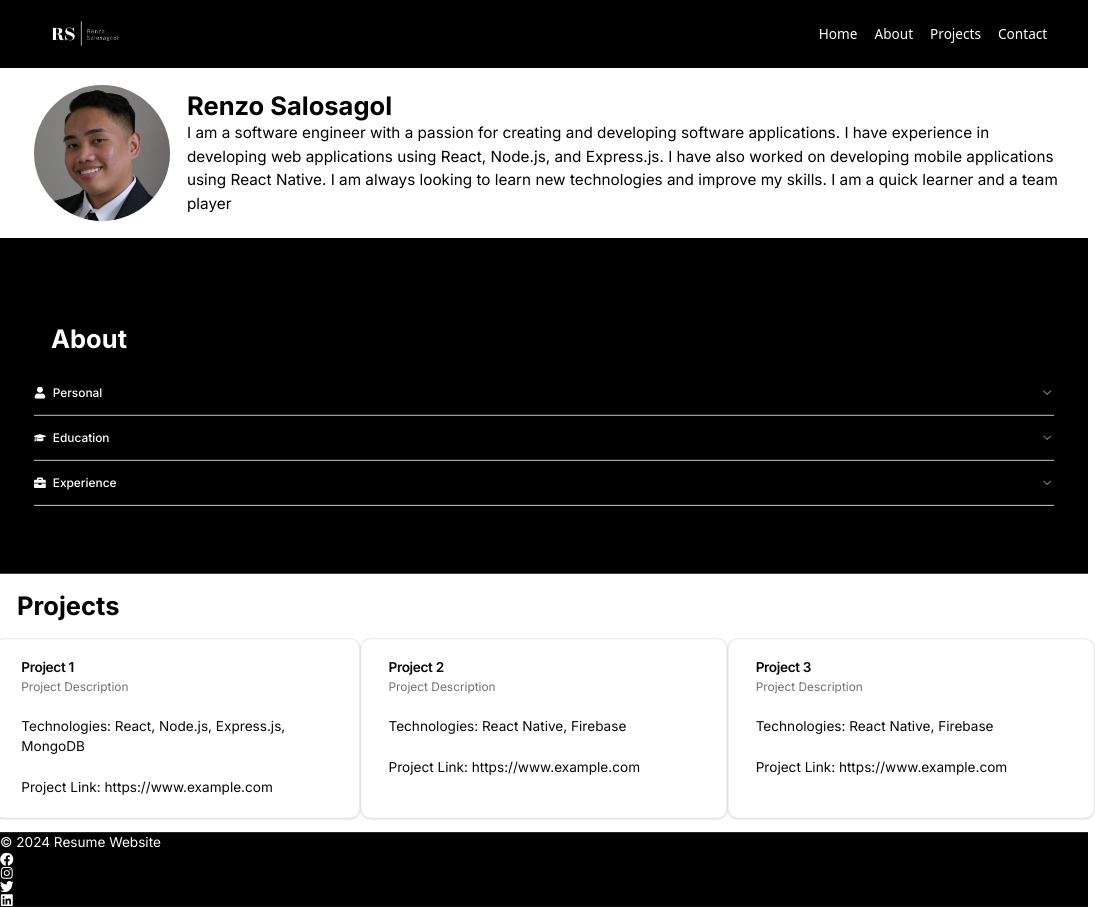
Repository: Renzo-Salosagcol/Portfolio-Website
Page: / (app in resume_website/)
The author's editor kept a copy of each file at every save. The page is drawn from the files as they stood at one save, then again after the next save.
The browser window is 1280 px wide. The page is 1288 px wide, so the pictures cover 1288 px, including what lies to the right of the window. The pictures show the whole page, at 85% of full size.
The project was rebuilt for these pictures with package versions that can differ from the ones it lists, and the page was loaded fresh each time. Also part of the build but not shown: resume_website/vite.config.js.

Above is the page before, as saved 2024-12-11 16:04:59.

After the next save:
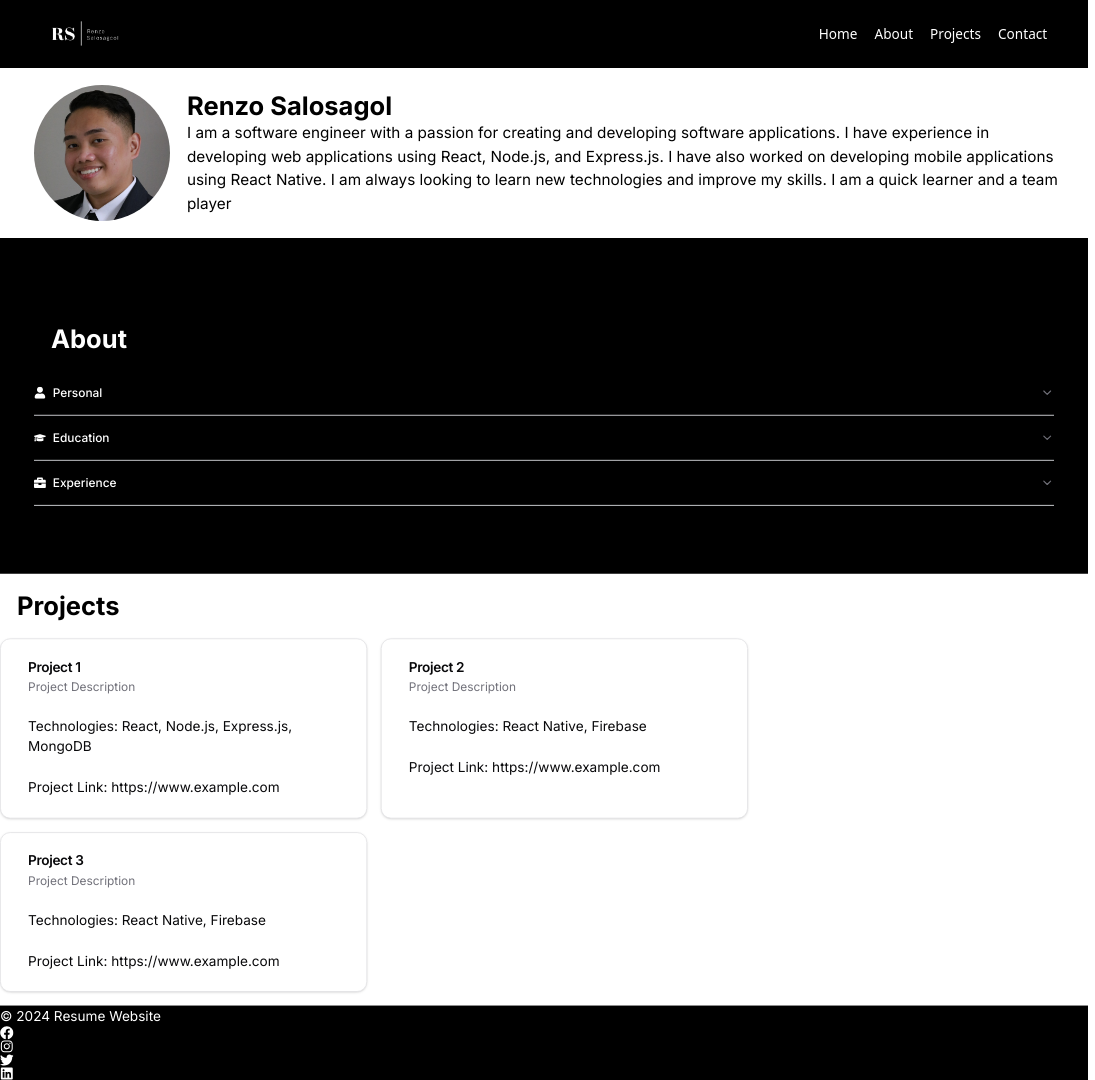
Saved 3 min 12 s later.
--- a/resume_website/src/components/projects.jsx
+++ b/resume_website/src/components/projects.jsx
@@ -12,7 +12,7 @@ const Projects = () => {
     <div>
       <h1 className="text-3xl font-bold p-5">Projects</h1>
       <div className="flex flex-col md:flex-row md:flex-wrap md:-mx-2">
-        <Card className="mb-4 md:w-1/2 lg:w-1/3 md:px-2">
+        <Card className="mb-4 md:w-1/2 lg:w-1/3 md:px-2 mx-2">
           <CardHeader>
             <CardTitle>Project 1</CardTitle>
             <CardDescription>Project Description</CardDescription>
@@ -24,7 +24,7 @@ const Projects = () => {
             <p>Project Link: <a href="https://www.example.com">https://www.example.com</a></p>
           </CardFooter>
         </Card>
-        <Card className="mb-4 md:w-1/2 lg:w-1/3 md:px-2">
+        <Card className="mb-4 md:w-1/2 lg:w-1/3 md:px-2 mx-2">
           <CardHeader>
             <CardTitle>Project 2</CardTitle>
             <CardDescription>Project Description</CardDescription>
@@ -36,7 +36,7 @@ const Projects = () => {
             <p>Project Link: <a href="https://www.example.com">https://www.example.com</a></p>
           </CardFooter>
         </Card>
-        <Card className="mb-4 md:w-1/2 lg:w-1/3 md:px-2">
+        <Card className="mb-4 md:w-1/2 lg:w-1/3 md:px-2 mx-2">
           <CardHeader>
             <CardTitle>Project 3</CardTitle>
             <CardDescription>Project Description</CardDescription>
